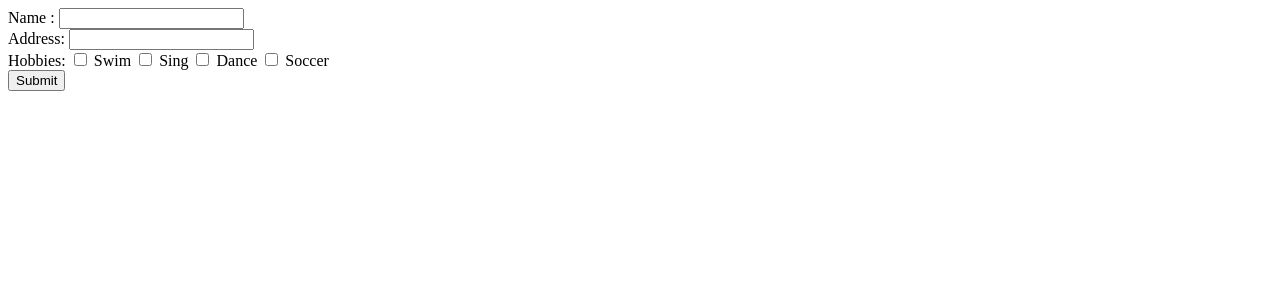
Repository: 164424-RoshanKanwal/All_Assignments
Page: MyFirstProject/WebContent/HTML/userForm.html
An editor plug-in stored every save of this project. The page is shown before and after the next save, followed by the edit.
The browser window is 1280 px wide. The pictures show the whole page.

Above is the page before, as saved 2018-12-03 12:32:01.

### MyFirstProject/WebContent/HTML/userForm.html
<!DOCTYPE html>
<html>
<head>
<meta charset="ISO-8859-1">
<title>Insert title here</title>
</head>
<body>
<form action ="/MyFirstProject/first" method = "get">
Name : <input type="text" name = "userName" id = "userId"><br>
Address:  <input type="text" name = "userAddr" id = "userAddr"><br>
Hobbies: <input type = "checkbox" name = "Swim"> Swim
<input type = "checkbox" name = "Sing"> Sing
<input type = "checkbox" name = "Dance"> Dance
<input type = "checkbox" name = "Soccer"> Soccer
<br>
<input type = "Submit" value="Submit">

</form>
</body>
</html>

After the next save:
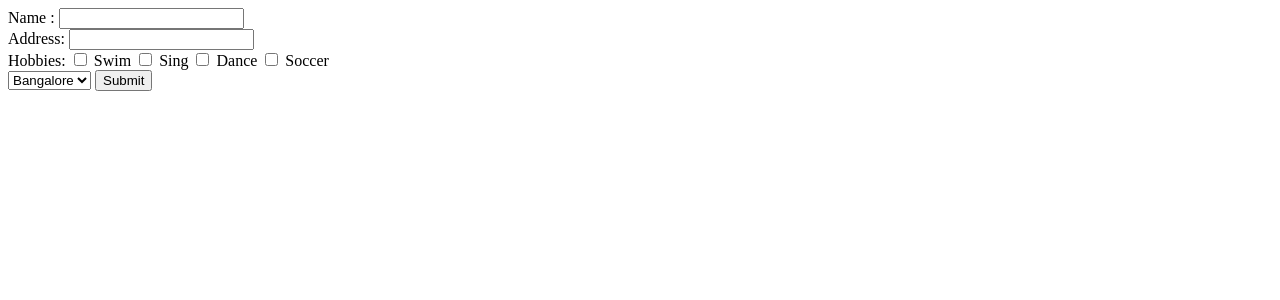
Saved 3 min 47 s later.
--- a/MyFirstProject/WebContent/HTML/userForm.html
+++ b/MyFirstProject/WebContent/HTML/userForm.html
@@ -13,6 +13,13 @@
 <input type = "checkbox" name = "Dance"> Dance
 <input type = "checkbox" name = "Soccer"> Soccer
 <br>
+
+<select>
+<option>Bangalore</option>
+<option>Mumbai</option>
+<option>Delhi</option>
+<option>Pune</option>
+</select>
 <input type = "Submit" value="Submit">
 
 </form>
